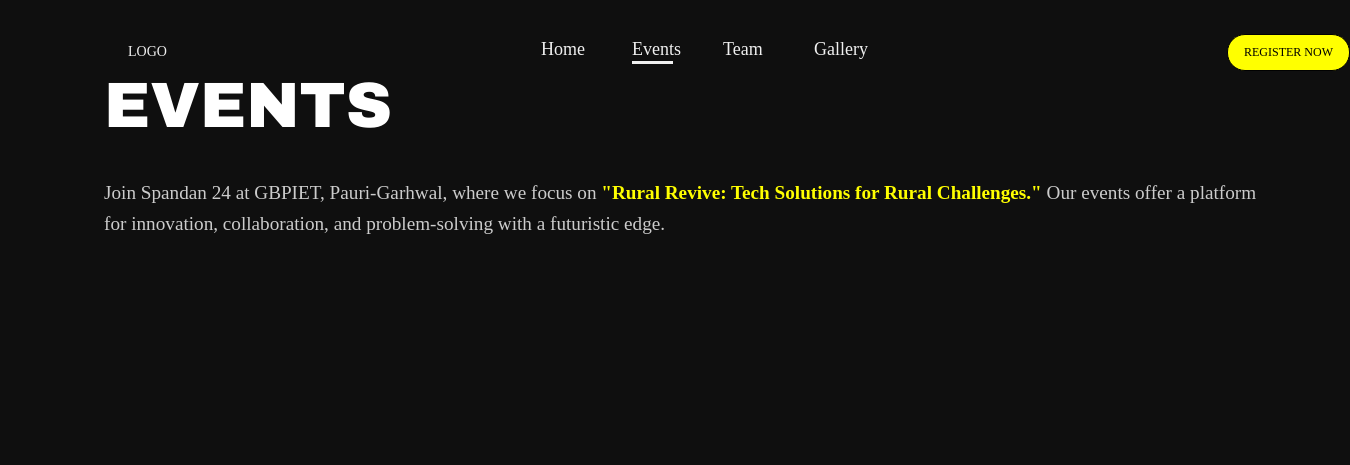
Repository: s4bbi/spandan-3.0
Page: /Events
An editor plug-in stored every save of this project. The page is shown before and after a run of saves, followed by the edit.
The browser window is 1280 px wide. The page is 1350 px wide, so the pictures cover 1350 px, including what lies to the right of the window. The pictures show the whole page.
The project was rebuilt for these pictures with package versions that can differ from the ones it lists, and the page was loaded fresh each time. Also part of the build but not shown: vite.config.js, src/pages/Home/Home.jsx.

Above is the page before, as saved 2024-11-02 02:28:27.

### src/App.jsx
import React from 'react'
import Navbar from './components/Navbar/Navbar'
import { Route, Routes } from 'react-router-dom'
import Home from  './pages/Home/Home'
import Events from  './pages/Events/Events'


const App = () => {
  return (
    <div className='app'>
      <Navbar/>
      { <Routes>
        <Route path="/" element={<Home />} />
        <Route path="Events" element={<Events />} />
      </Routes> }
    </div>
  )
}

export default App

### src/components/Navbar/Navbar.jsx
import React, {useState} from 'react'
import './Navbar.css'
// import {assets} from'../../assets/assets'
const Navbar = () => {

  const [menu,setMenu] = useState("Events");
  return (
    <div className='navbar'>
        <h1 className="logo">LOGO</h1>
        <ul className="navbar-menu">
            <li onClick={()=>setMenu("Home")} className={menu=="Home"?"active":""}>Home</li>
            <li onClick={()=>setMenu("Events")} className={menu=="Events"?"active":""}>Events</li>
            <li onClick={()=>setMenu("Team")} className={menu=="Team"?"active":""}>Team</li>
            <li onClick={()=>setMenu("Gallery")} className={menu=="Gallery"?"active":""}>Gallery</li>
        </ul>


        <button>REGISTER NOW</button>
     </div>

  )
}

export default Navbar

### src/pages/Events/Events.jsx
import React from 'react'
import './Events.css'
import HeroSection from '../../components/HeroSection/HeroSection'

const Events = () => {
  return (
    <div>
      <HeroSection/>
    </div>
  )
}

export default Events

### src/components/Navbar/Navbar.css
.navbar{
    width: 1222px;
    height: 37px;
    margin-top: 34px;
    margin-left: 128px;
    border-radius: 20px 0px 0px 0px;
    display: flex;
    justify-content: space-between;
    align-items: center;
}

.logo{
    width: 41px;
    height: 17px;
    font-family: Gilroy-Light;
    font-size: 14px;
    font-weight: 400;
    line-height: 16.8px;
    text-align: left;
    color:#F0F0F0;
   }

.navbar-menu{
    display:flex;
    list-style:none;
    gap:50px;
    color:#F0F0F0;
    ;
   }

.navbar button{
    background:transparent;
    font-size: 12px;
    background-color:#FFFF00;
    font-family: Gilroy-SemiBold;
    border: 1px solid #010101;
    ;
    padding: 10px 16px 10px 16px;
    border-radius: 18px 18px 18px 18px;
    cursor: pointer;}
    /* transition: 0.3s; */
    /* width: Hug (132px)px; */
 /* height: Hug (37px)px;
top: 34px;
left: 1218px;
padding: 10px 16px 10px 16px;
} */

  .navbar button:hover{
    background-color:#FFFFFF;
    color: #e74c3c;
    }

  /* .navbar .active{
    padding-bottom: 3px;
    border-bottom: 3px solid #49557e;
}   */

.navbar .active {
    padding-bottom: 3px;
    border-bottom: 3px solid #F0F0F0;}
.navbar li{
    cursor: pointer;
    width: 41px;
    height: 17px;
    font-family: Gilroy-SemiBold;
    font-size: 18px;
    font-weight: 400;
    line-height: 17.15px;
    text-align: left;
}

### src/components/HeroSection/HeroSection.jsx
import React from 'react'
import "./HeroSection.css";
// import roboticHandImage from "../assets/eventsHand.webp";




const HeroSection = () => {
  return (
    <div>
      <section className="hero">
      <div className="hero-text">
        <h1 className="hero-title">EVENTS</h1>
        <p className="hero-description">
          Join Spandan 24 at GBPIET, Pauri-Garhwal, where we focus on <span className="highlight">"Rural Revive: Tech Solutions for Rural Challenges."</span> Our events offer a platform for innovation, collaboration, and problem-solving with a futuristic edge.
        </p>
      </div>
      {/* <img src={roboticHandImage} alt="Robotic Hand" className="hero-image" /> */}
    </section>
    </div>
  )
}

export default HeroSection

### src/components/HeroSection/HeroSection.css
.hero {
    display: flex;
    align-items: center;
    justify-content: space-between;
    /* padding-top: 50px;
    max-width: 1200px;
    margin: 192px; */
  }

  .hero-text {
    /* width: 50%; */
    color: white;
    padding-left: 104px;
  }

  .hero-title {
    width: 339px;
    height: 87px;
    top: 192px;
    font-size: 4em;
    margin: 0;
    font-family: 'Arial Black', sans-serif;
  }

  .hero-description {
    margin-top: 20px;
    font-size: 1.2em;
    line-height: 1.6;
    color: #ccc;
  }

  .highlight {
    color: yellow;
    font-weight: bold;
  }

  .hero-image {
    width: 45%;
    max-width: 500px;
    height: auto;
  }

### public/style.css
*{
    margin:0px;
    padding:0px;
}

body{
    background-color: #0f0f0f;
}

Loaded but not shown: index.html (common file); src/main.jsx (common file); src/pages/Events/Events.css (no stored copy; drawn as an empty file)

After the next 2 saves:
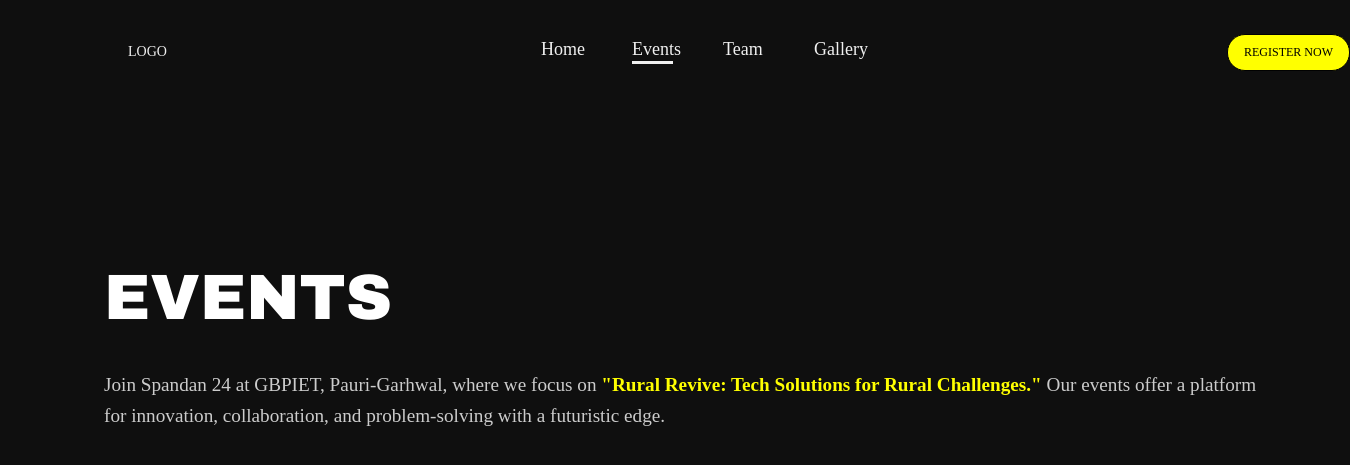
The 2 saves are shown as one change because they came seconds apart.
The last was saved 22 s later.
--- a/src/components/HeroSection/HeroSection.css
+++ b/src/components/HeroSection/HeroSection.css
@@ -16,7 +16,7 @@
   .hero-title {
     width: 339px;
     height: 87px;
-    top: 192px;
+    padding-top: 192px;
     font-size: 4em;
     margin: 0;
     font-family: 'Arial Black', sans-serif;
